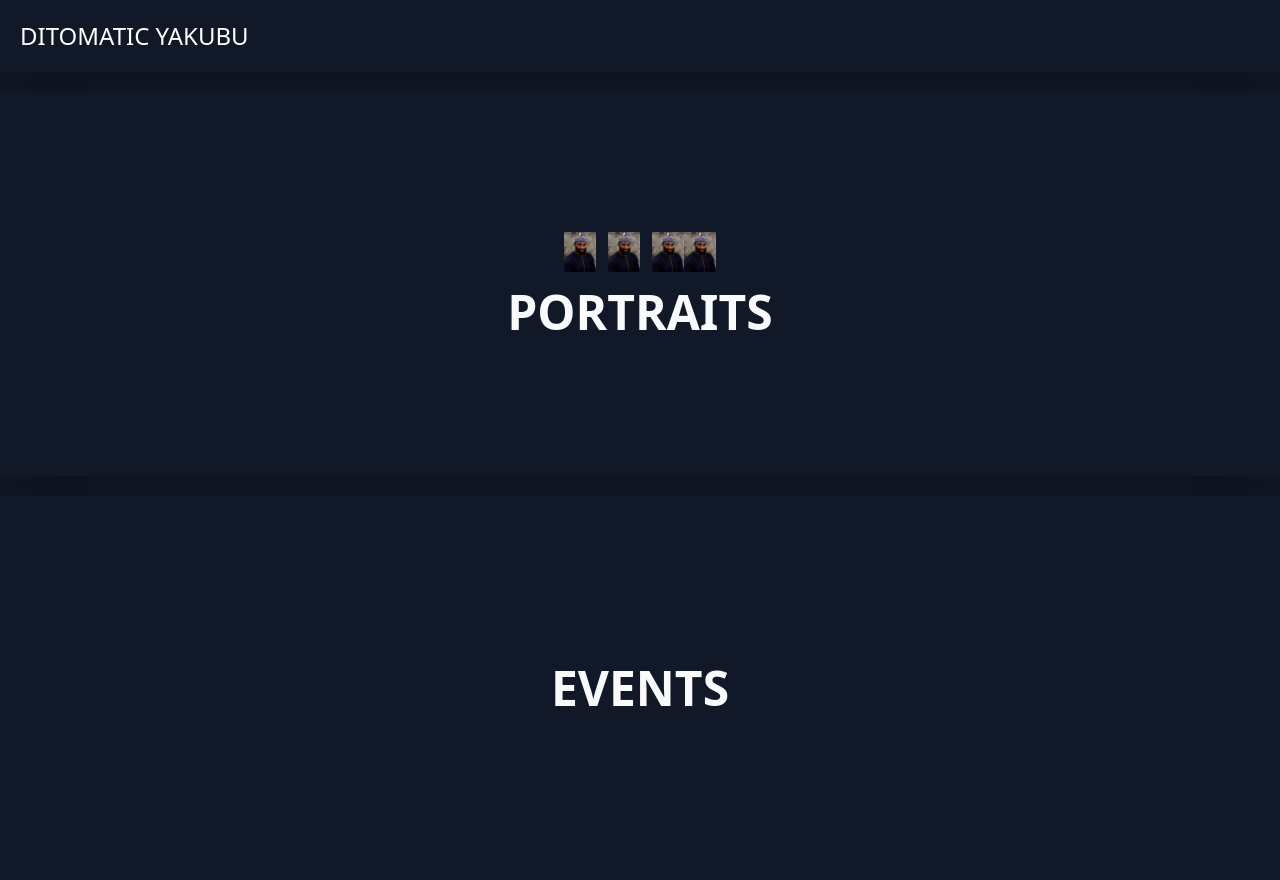
Repository: latenightsnacc/Ditomatic-Demo
Page: home.html
These files come from the project's save history. The page is drawn as it stood at one moment and after the next save; the edit follows.
The browser window is 1280 px wide. The pictures show the whole page.
Some web libraries are served in a nearby version.

Above is the page before, as saved 2021-02-24 12:37:48.

### home.html
<!DOCTYPE html>
<html lang="en" class="bg-gray-900">
<head>
    <meta charset="UTF-8">
    <meta name="viewport" content="width=device-width, initial-scale=1.0">
    <!--Tailwind 2.0.2-->
    <link href="https://cdnjs.cloudflare.com/ajax/libs/tailwindcss/2.0.2/tailwind.min.css" rel="stylesheet">
    <!--Font Awesome 5.15.1-->
    <link rel="stylesheet" href="https://cdnjs.cloudflare.com/ajax/libs/font-awesome/5.15.1/css/all.min.css" integrity="sha512-+4zCK9k+qNFUR5X+cKL9EIR+ZOhtIloNl9GIKS57V1MyNsYpYcUrUeQc9vNfzsWfV28IaLL3i96P9sdNyeRssA==" crossorigin="anonymous" />
    <!-- Bootstrap 5.0.0 Beta-->
    <!-- <link href="https://cdn.jsdelivr.net/npm/bootstrap@5.0.0-beta1/dist/css/bootstrap.min.css" rel="stylesheet" integrity="sha384-giJF6kkoqNQ00vy+HMDP7azOuL0xtbfIcaT9wjKHr8RbDVddVHyTfAAsrekwKmP1" crossorigin="anonymous" /> -->
    <!--Page Title-->
    <title>Ditomatic Fotografy</title>
    <style>
        .zoom {

          transition: transform .2s; /* Animation */

        }

        .zoom:hover {
          transform: scale(2.5); /* (250% zoom - Note: if the zoom is too large, it will go outside of the viewport) */

        }
        </style>
</head>
<body>
    <!--Header-->
    <header>
        <nav class="container-sm p-5 shadow-2xl flex flex-row justify-between">
            <a href="home.html" class="text-white uppercase text-2xl">Ditomatic Yakubu</a>
            <ul></ul>
        </nav>
    </header>
    <!--End of Header-->
    <div class="my-5"></div>
    <!--Portrait Section-->
    <section class="bg-gray-900 shadow-2xl">
        <div class="mx-auto">
            <div class="flex flex-col items-center justify-center h-96">
                <div class="flex flex-row">
                    <img src="images/malePortrait.jpg" alt="" class="w-8">
                    <img src="images/malePortrait.jpg" alt="" class="w-8 mx-3">
                    <img src="images/malePortrait.jpg" alt="" class="w-8">
                    <img src="images/malePortrait.jpg" alt="" class="w-8">
                </div>
                <div class="my-2"></div>
                <h2 class="font-bold text-gray-50 text-5xl uppercase">portraits</h2>
            </div>
        </div>
    </section>
    <!--End of Portrait Section-->
    <div class="my-5"></div>

    <!--Event Section-->
    <section class="bg-gray-900 shadow-2xl">
        <div class="mx-auto">
            <div class="flex flex-row items-center justify-center h-96">
                <h2 class="font-bold text-gray-50 text-5xl uppercase">events</h2>
            </div>
        </div>
    </section>
    <!--End of Event Section-->
</body>
</html>

After the next save:
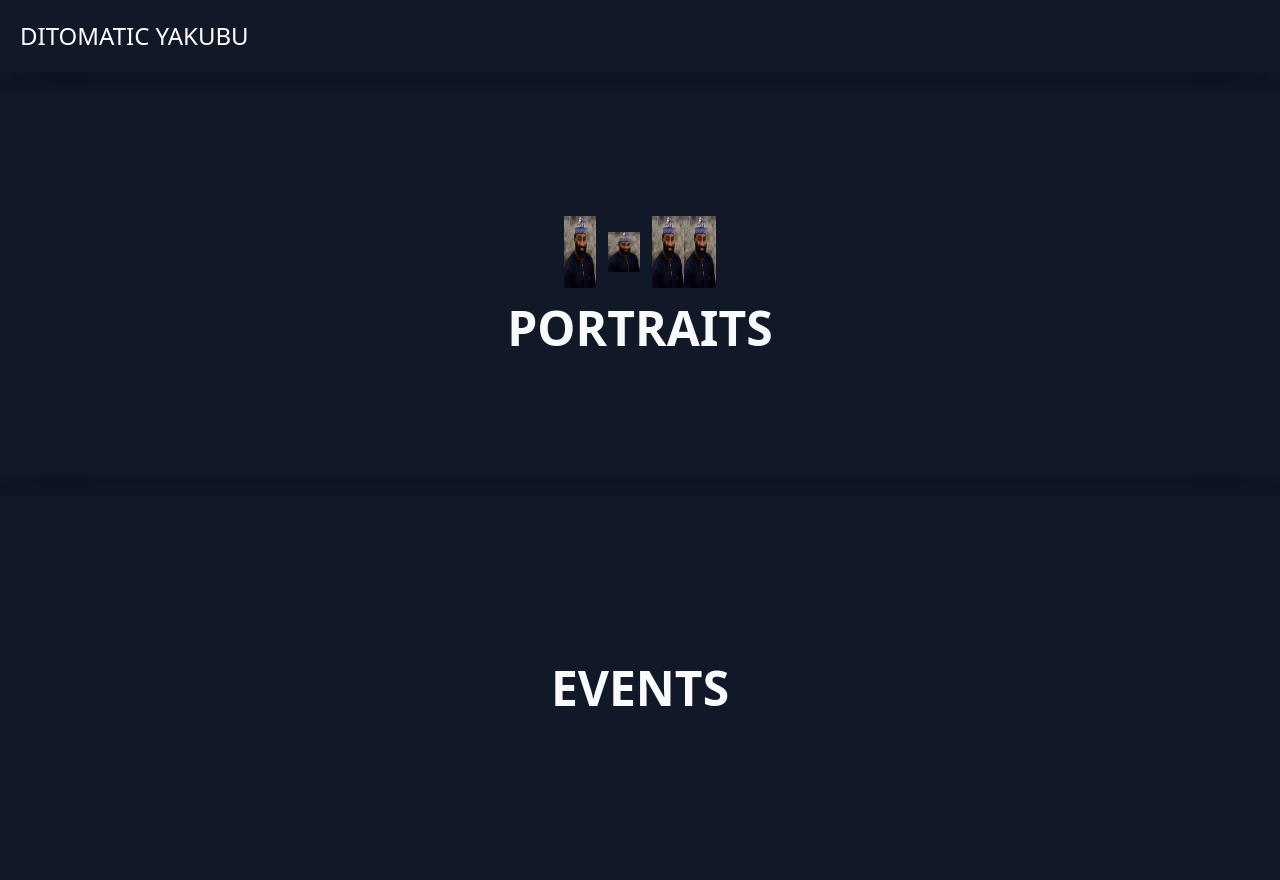
Saved 23 s later.
--- a/home.html
+++ b/home.html
@@ -40,7 +40,7 @@
             <div class="flex flex-col items-center justify-center h-96">
                 <div class="flex flex-row">
                     <img src="images/malePortrait.jpg" alt="" class="w-8">
-                    <img src="images/malePortrait.jpg" alt="" class="w-8 mx-3">
+                    <img src="images/malePortrait.jpg" alt="" class="w-8 mx-3 my-4">
                     <img src="images/malePortrait.jpg" alt="" class="w-8">
                     <img src="images/malePortrait.jpg" alt="" class="w-8">
                 </div>
